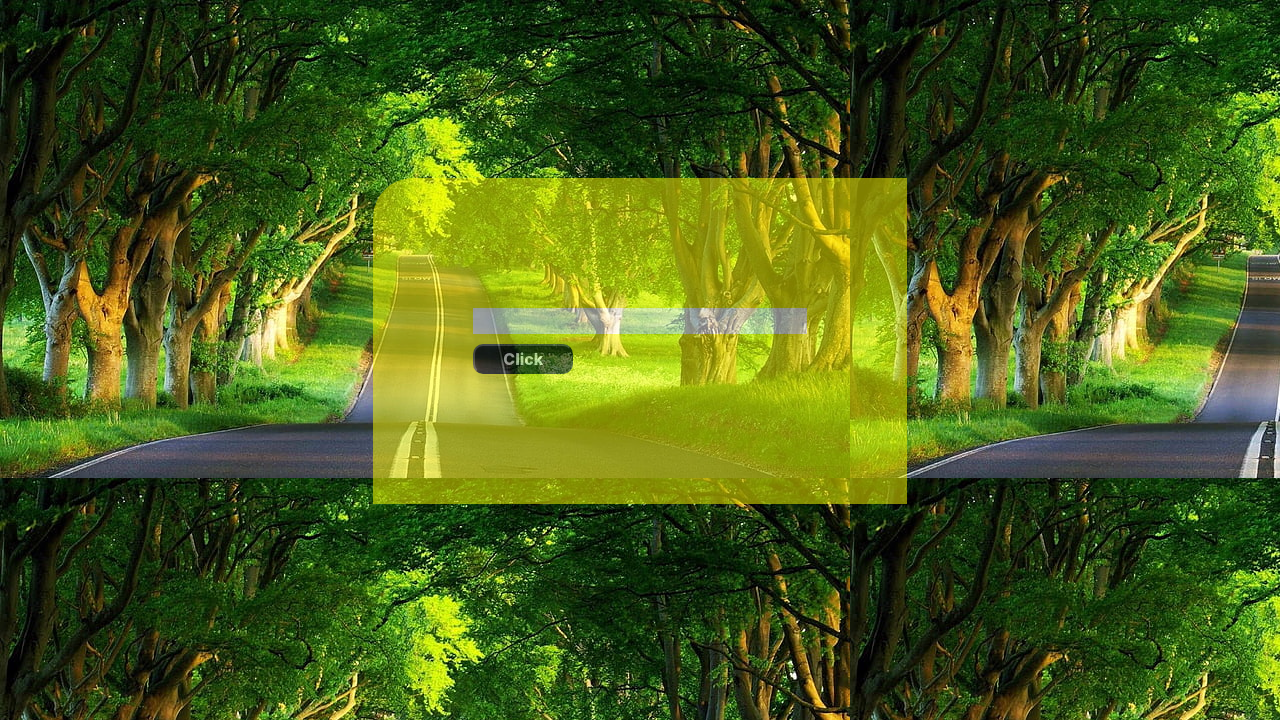
Repository: prashantkumarbind/Hospital-Weather-Concept
Page: http://localhost/weather-app/
The author's editor kept a copy of each file at every save. The page is drawn from the files as they stood at one save, then again after the next save.
The browser window is 1280 px wide. The pictures show the whole page.
The page is served by Tomcat 9.

Above is the page before, as saved 2024-01-19 07:36:24.

After the next save:
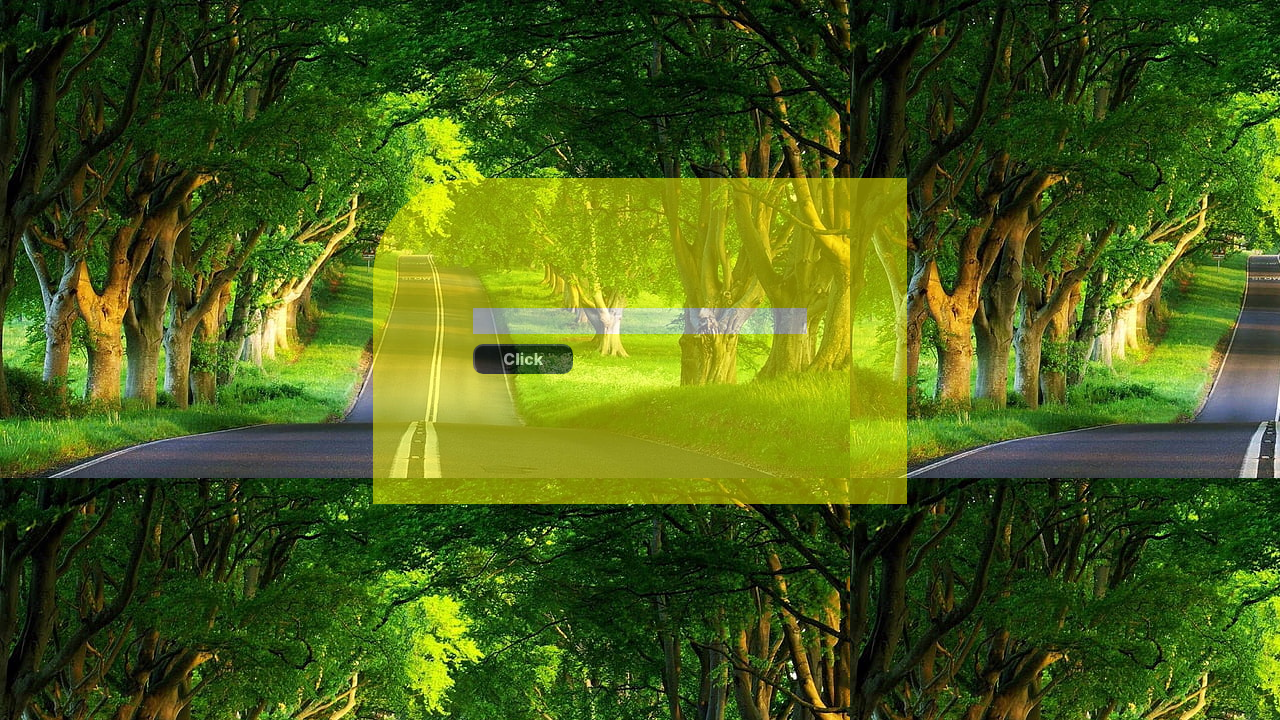
Saved 17 s later.
--- a/weather-app/src/main/webapp/index.jsp
+++ b/weather-app/src/main/webapp/index.jsp
@@ -17,7 +17,7 @@
 		background-color:yellow;
 		padding:130px 100px;
 		opacity: 0.50;
-		border-top-left-radius: 40px;
+		border-top-left-radius:100px;
 	}
 	.button-design{
 		color:white;
